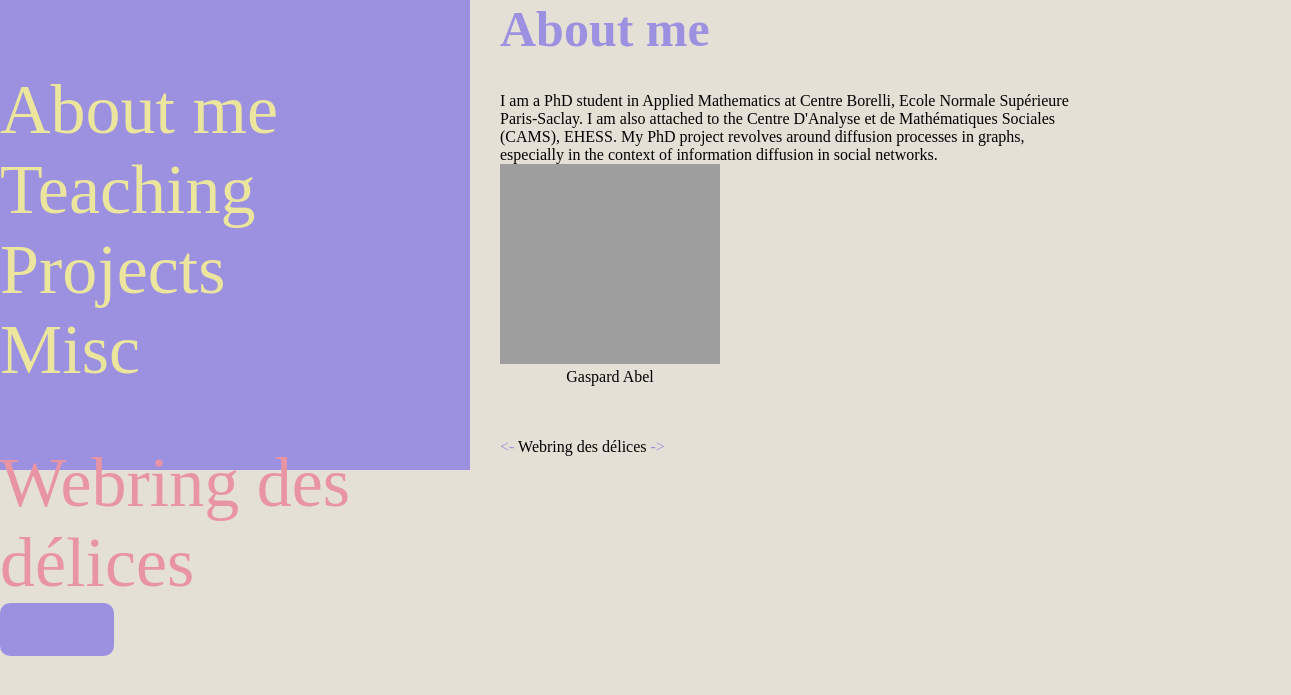
Repository: gaetanserre/gas-abel.github.io
Page: .vscode/gas-abel.github.io/index.html
These files come from the project's save history. The page is drawn as it stood at one moment and after the next save; the edit follows.
The browser window is 1280 px wide. The page is 1280 px wide, then 1291 px, so the pictures cover 1291 px, including what lies to the right of the window. The pictures show the whole page.
Pictures or frames that could not be fetched are drawn as grey boxes. Some web fonts or font styles are not loaded; a fallback is used.

Above is the page before, as saved 2025-06-29 19:41:41.

After the next save:
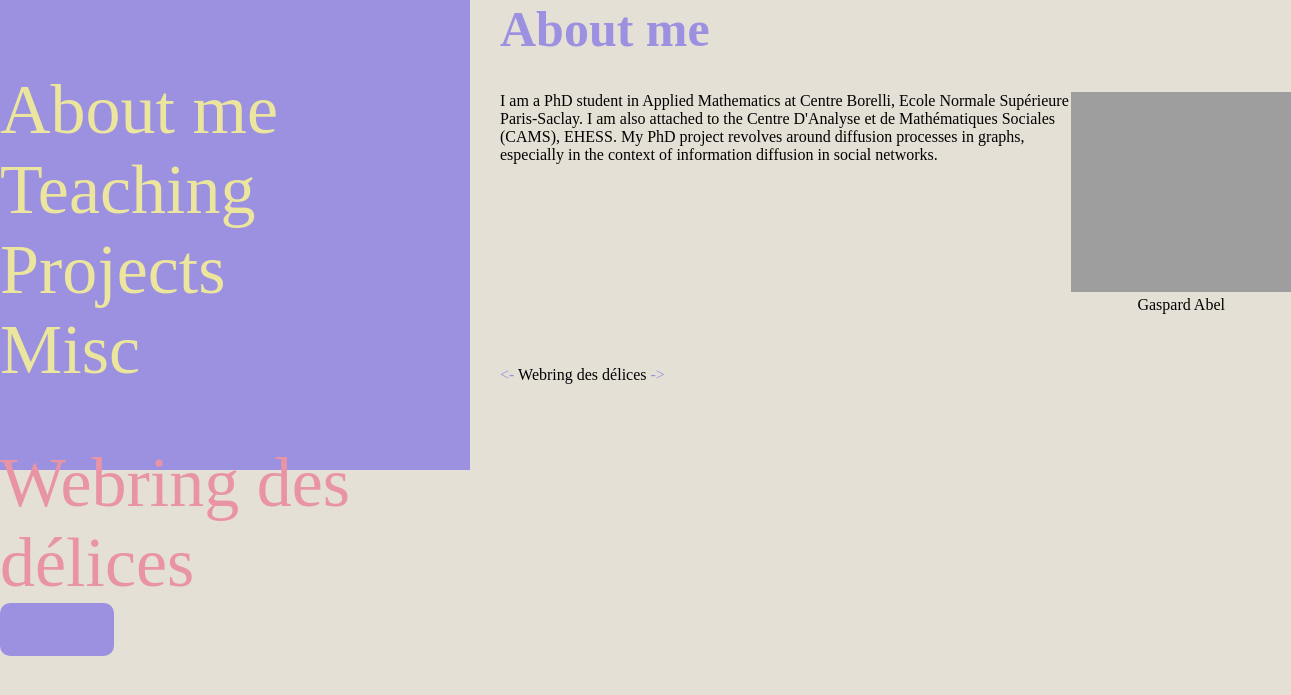
Saved 4 min 35 s later.
--- a/.vscode/gas-abel.github.io/index.html
+++ b/.vscode/gas-abel.github.io/index.html
@@ -21,7 +21,7 @@
                 My PhD project revolves around diffusion processes in graphs, especially in the context of information diffusion in social networks. <br>
             </div>
 
-            </div>
+
 
             <div id="right">
                 <figure style="display: inline-block; margin: 0;">
@@ -29,6 +29,7 @@
                     <figcaption>Gaspard Abel</figcaption>
                 </figure>
             </div>
+        </div>
         </div>
             <p>
 
